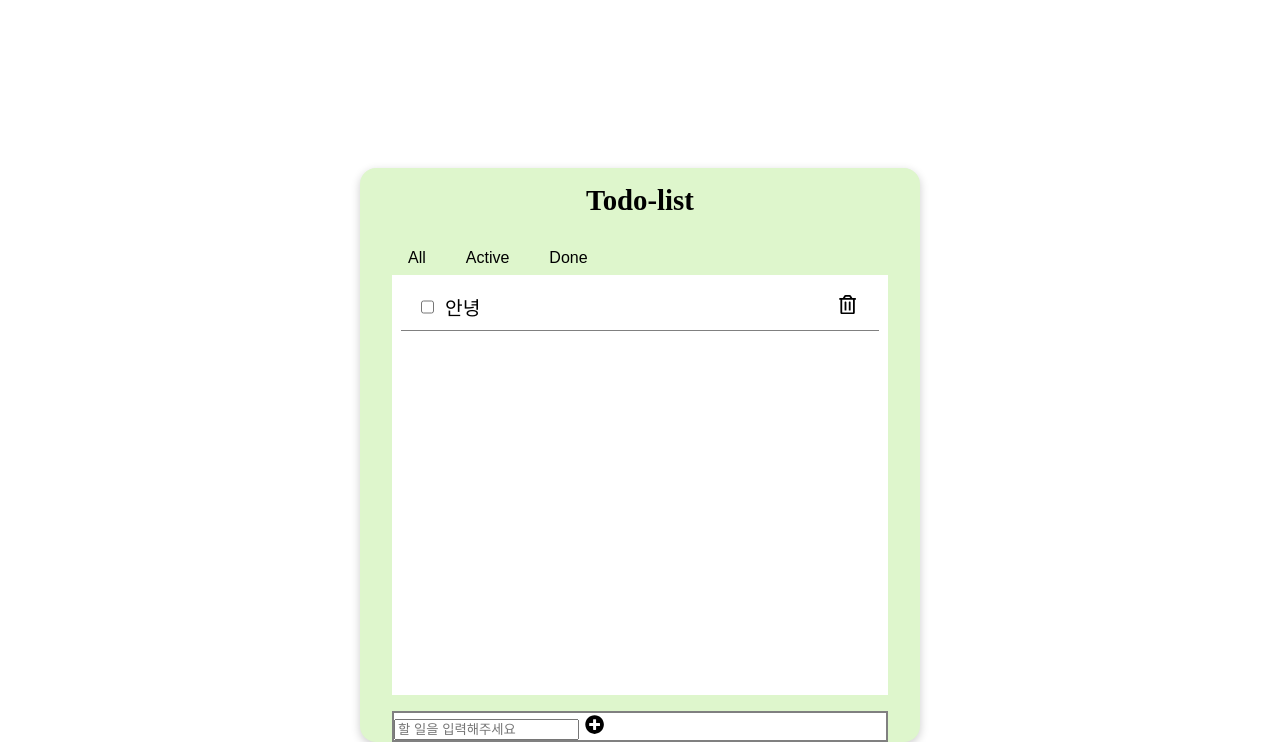
Repository: Yugayoung/todoList
Page: /
The author's editor kept a copy of each file at every save. The page is drawn from the files as they stood at one save, then again after a run of saves.
The browser window is 1280 px wide. The pictures show the whole page.
Some web fonts or font styles are not loaded; a fallback is used. The project was rebuilt for these pictures with package versions that can differ from the ones it lists, and the page was loaded fresh each time. Also part of the build but not shown: src/App.css.

Above is the page before, as saved 2024-03-21 17:40:41.

### src/index.css
@font-face {
  font-family: 'IM_Hyemin-Bold';
  src: url('./fonts/IM_Hyemin-Regular.otf') format('opentype');
  font-weight: normal;
  font-style: normal;
}

body {
  margin: 0;
  font-family: 'IM_Hyemin-Bold';
  -webkit-font-smoothing: antialiased;
  -moz-osx-font-smoothing: grayscale;
  width: 100vw;
  height: 100vh;
  display: flex;
  justify-content: center;
  align-items: center;
  font-size: 1.2rem;
}

code {
  font-family: source-code-pro, Menlo, Monaco, Consolas, 'Courier New',
    monospace;
}
#root {
  width: 100%;
  height: 60%;
  max-width: 35rem;
}

### src/App.js
import './App.css';
import Todo from './pages/Todo';

function App() {
  return (
    <>
      <Todo />
    </>
  );
}

export default App;

### src/pages/todo.jsx
import React from 'react';
import styled from 'styled-components';
import { FaPlusCircle } from 'react-icons/fa';
import { FaRegTrashAlt } from 'react-icons/fa';

const Title = styled.h2`
  text-align: center;
  font-weight: bold;
  padding: 1rem 0rem 0rem 0rem;
`;

const TodoList = styled.section`
  background-color: #def6cc;
  border-radius: 1rem;
  box-shadow: 0 3px 10px rgb(0, 0, 0, 0.2);
  padding: 0rem 2rem;
`;

const TapBtn = styled.button`
  background-color: transparent;
  border: none;
  margin-right: 0.5rem;
  padding: 0.5rem 1rem;
  font-size: 1rem;
  &:hover {
    color: #fd6cfd;
  }
  &:active {
    background-color: white;
    border-radius: 1rem 1rem 0rem 0rem;
    font-weight: bold;
  }
`;

const TodoLi = styled.li`
  list-style: none;
  padding: 0rem 1rem 0.6rem 1rem;
  display: flex;
  justify-content: space-between;
  margin: 0.5rem;
  border-bottom: 1px solid gray;
`;
const Btn = styled.button`
  background-color: transparent;
  border: none;
  font-size: 1.2rem;
  padding-top: 2px;
  &:hover {
    color: red;
  }
`;
const Label = styled.label`
  flex: 1 1;
  margin: 0rem 0.5rem;
`;
const TodoUl = styled.ul`
  background-color: white;
  margin: 0rem;
  height: 400px;
  padding: 10px 1px;
  flex: 1 1 auto;
  overflow-y: auto;
`;
const InputDiv = styled.div`
  background-color: white;
  border: 2px solid gray;
  margin: 1rem 0rem;
`;

export default function Todo() {
  return (
    <>
      <TodoList>
        {/* 할일 state */}
        <Title>Todo-list</Title>
        <div>
          <TapBtn>All</TapBtn>
          <TapBtn>Active</TapBtn>
          <TapBtn>Done</TapBtn>
        </div>

        {/* addTodoList */}
        <TodoUl>
          <TodoLi>
            <input type='checkbox' />
            <Label htmlFor=''>안녕</Label>
            <Btn>
              <FaRegTrashAlt />
            </Btn>
          </TodoLi>
        </TodoUl>

        {/* 할일 입력 */}
        <InputDiv>
          <input type='text' placeholder='할 일을 입력해주세요' />
          <Btn>
            <FaPlusCircle />
          </Btn>
        </InputDiv>
      </TodoList>
    </>
  );
}

Loaded but not shown: public/index.html (common file); src/index.js (common file); src/reportWebVitals.js (common file)

After the next 4 saves:
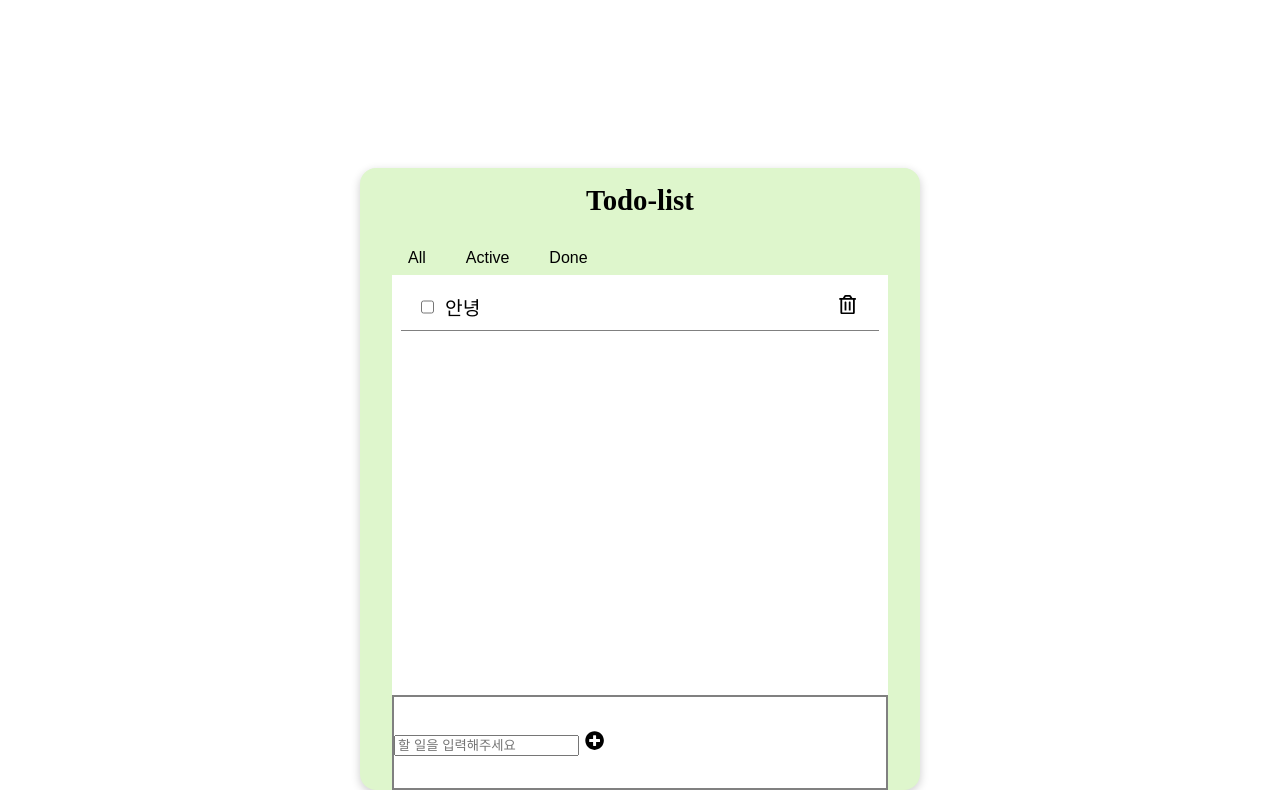
The 4 saves are shown as one change because 3 did not build or start.
The last was saved 3 min 52 s later.
--- a/src/pages/todo.jsx
+++ b/src/pages/todo.jsx
@@ -61,10 +61,10 @@ const TodoUl = styled.ul`
   flex: 1 1 auto;
   overflow-y: auto;
 `;
-const InputDiv = styled.div`
+const InputForm = styled.form`
   background-color: white;
   border: 2px solid gray;
-  margin: 1rem 0rem;
+  padding: 2rem 0rem;
 `;
 
 export default function Todo() {
@@ -91,12 +91,12 @@ export default function Todo() {
         </TodoUl>
 
         {/* 할일 입력 */}
-        <InputDiv>
+        <InputForm>
           <input type='text' placeholder='할 일을 입력해주세요' />
           <Btn>
             <FaPlusCircle />
           </Btn>
-        </InputDiv>
+        </InputForm>
       </TodoList>
     </>
   );
